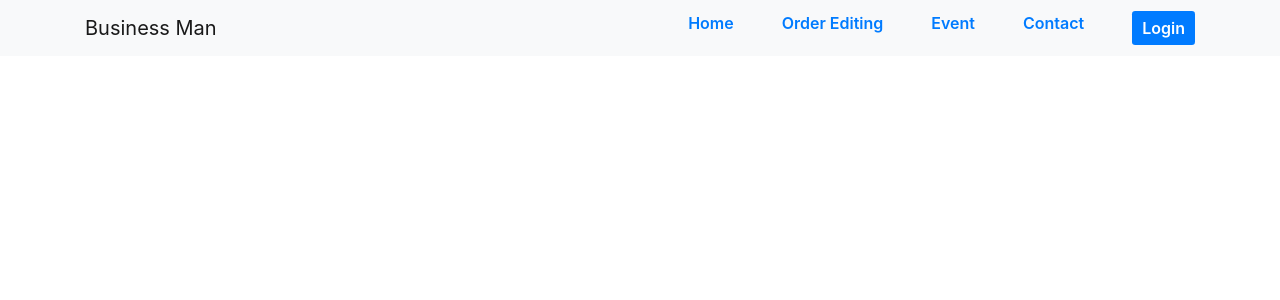
Repository: mdtahsinamin/internship-task
Page: /
These files come from the project's save history. The page is drawn as it stood at one moment and after the next save; the edit follows.
The browser window is 1280 px wide. The pictures show the whole page.
The project was rebuilt for these pictures with package versions that can differ from the ones it lists, and the page was loaded fresh each time. Also part of the build but not shown: src/App.css, src/Components/Style/SignIn.css, src/Components/Authentication/SignIn.js, src/Components/NotFound/NotFound.js.

Above is the page before, as saved 2020-12-24 18:37:54.

After the next save:
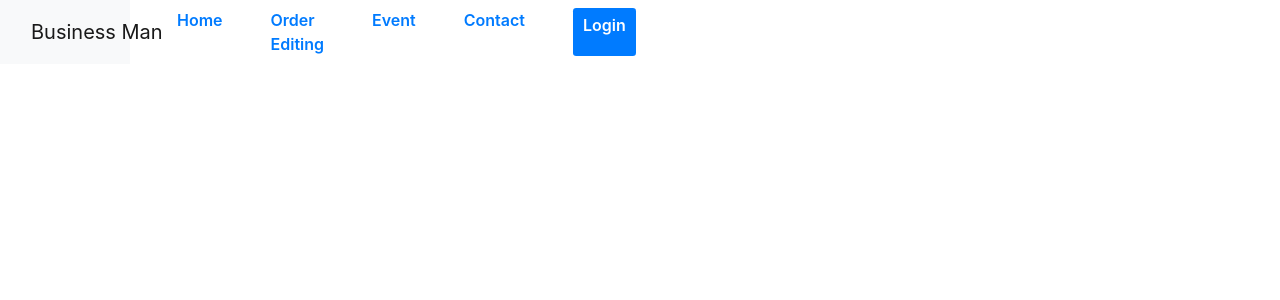
Saved 19 s later.
--- a/src/Components/Style/Navigation.css
+++ b/src/Components/Style/Navigation.css
@@ -15,3 +15,6 @@
 		border-radius: 50%;
 		margin-left: 8px;
 }
+.navbar{
+    width:130px;
+}
